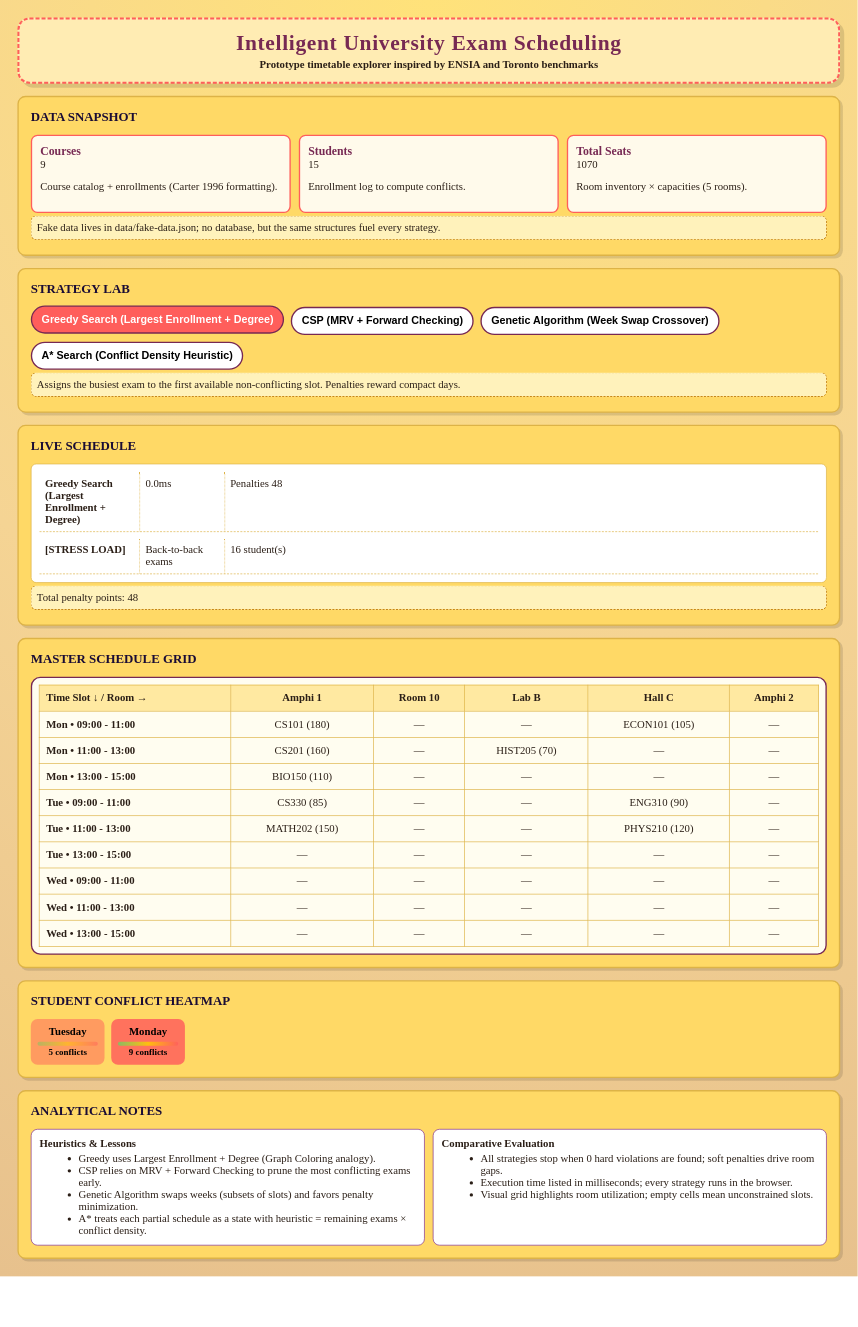
Repository: tarikko/AIExamScheduler
Page: index.html
An editor plug-in stored every save of this project. The page is shown before and after the next save, followed by the edit.
The browser window is 1280 px wide. The pictures show the whole page, at 67% of full size.

Above is the page before, as saved 2026-02-23 22:43:30.

After the next save:
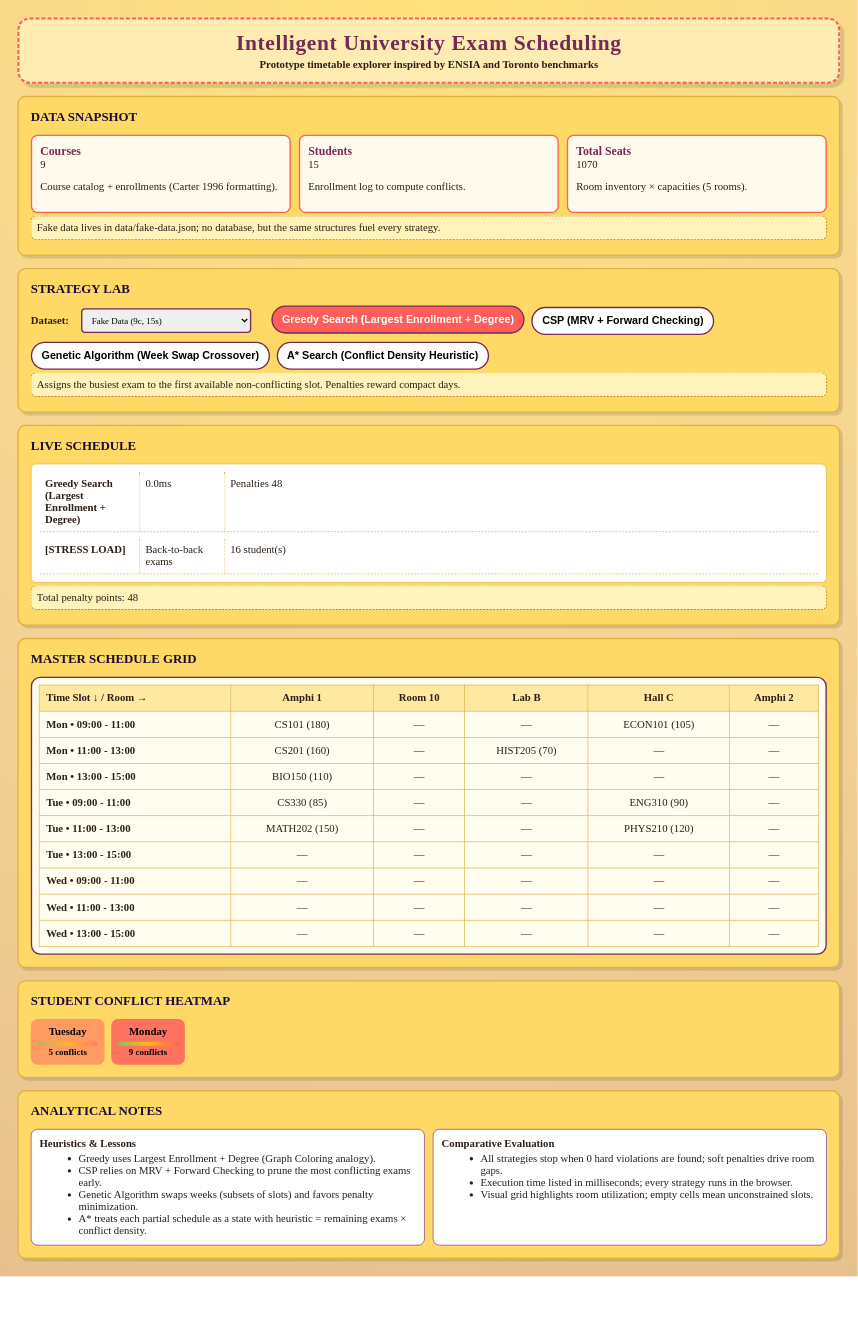
Saved 33 s later.
--- a/js/app.js
+++ b/js/app.js
@@ -49,6 +49,49 @@ async function init() {
 	renderDataOverview(dataset);
 
 	const controlBar = document.getElementById("strategy-controls");
+
+	// Add benchmark picker
+	const benchmarkLabel = document.createElement("label");
+	benchmarkLabel.textContent = " Dataset: ";
+	benchmarkLabel.style.marginRight = "8px";
+	benchmarkLabel.style.fontWeight = "bold";
+	controlBar.appendChild(benchmarkLabel);
+
+	const benchmarkSelect = document.createElement("select");
+	benchmarkSelect.style.padding = "8px 10px";
+	benchmarkSelect.style.borderRadius = "6px";
+	benchmarkSelect.style.border = "2px solid var(--deep)";
+	benchmarkSelect.style.cursor = "pointer";
+	benchmarkSelect.style.marginRight = "20px";
+	benchmarkSelect.style.fontFamily = "inherit";
+
+	const defaultOption = document.createElement("option");
+	defaultOption.value = "fake";
+	defaultOption.textContent = "Fake Data (9c, 15s)";
+	defaultOption.selected = true;
+	benchmarkSelect.appendChild(defaultOption);
+
+	benchmarks.forEach((b) => {
+		const option = document.createElement("option");
+		option.value = b.key;
+		option.textContent = b.name;
+		benchmarkSelect.appendChild(option);
+	});
+
+	benchmarkSelect.addEventListener("change", async (e) => {
+		if (e.target.value === "fake") {
+			dataset = await fetch("data/fake-data.json").then((res) => res.json());
+		} else {
+			const loaded = await loadBenchmark(e.target.value);
+			if (loaded) dataset = loaded;
+		}
+		renderDataOverview(dataset);
+		runStrategy("greedy");
+	});
+
+	controlBar.appendChild(benchmarkSelect);
+
+	// Add algorithm buttons
 	Object.entries(algorithms).forEach(([key, config], index) => {
 		const button = document.createElement("button");
 		button.className = "algo-btn";
